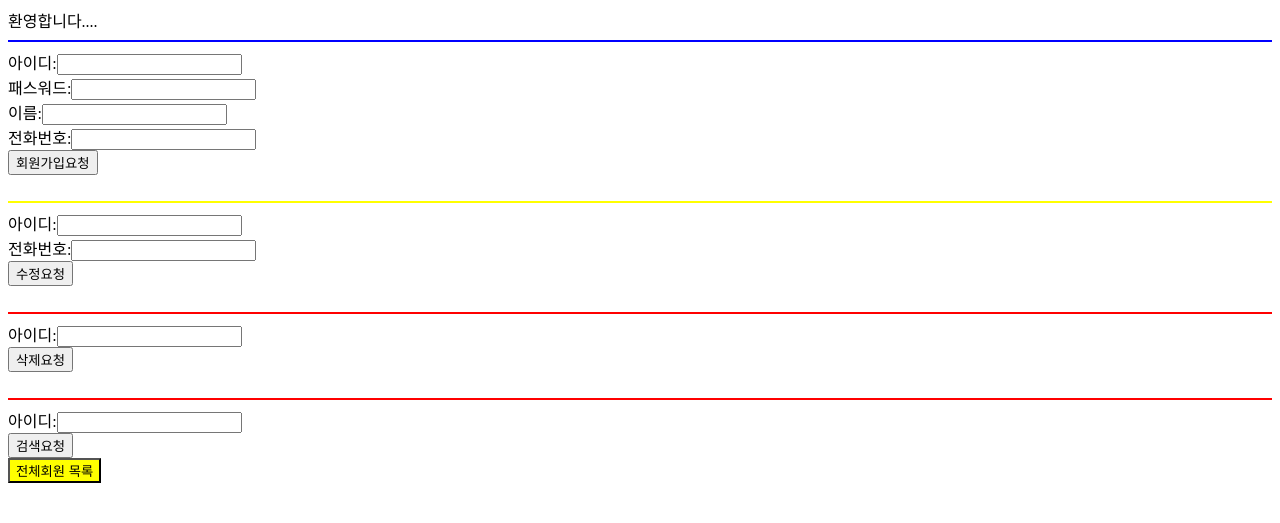
Repository: Yusubin/workEx
Page: spring00/src/main/webapp/index.html
The author's editor kept a copy of each file at every save. The page is drawn from the files as they stood at one save, then again after the next save.
The browser window is 1280 px wide. The pictures show the whole page.

Above is the page before, as saved 2022-02-15 07:38:40.

After the next save:
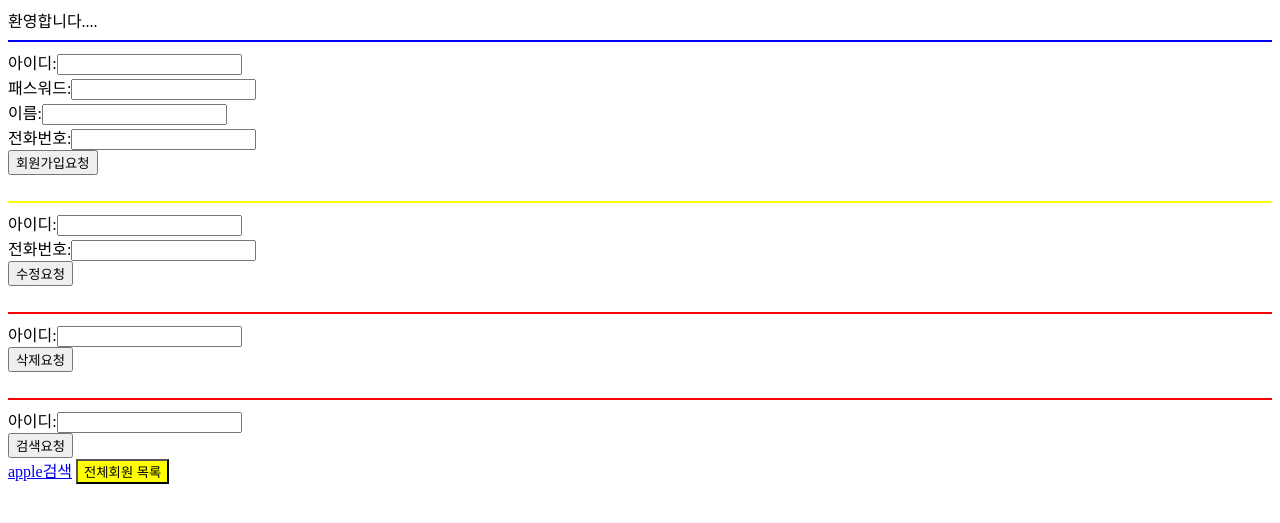
Saved 3 min 47 s later.
--- a/spring00/src/main/webapp/index.html
+++ b/spring00/src/main/webapp/index.html
@@ -36,7 +36,7 @@
 		아이디:<input type="text" name="id"><br>
 		<button>검색요청</button>
 	</form>
-
+	<a href="one.jsp?id=apple">apple검색</a>
 
 	<a href="list.jsp">
 	<button style="background:yellow;">전체회원 목록</button></a>
